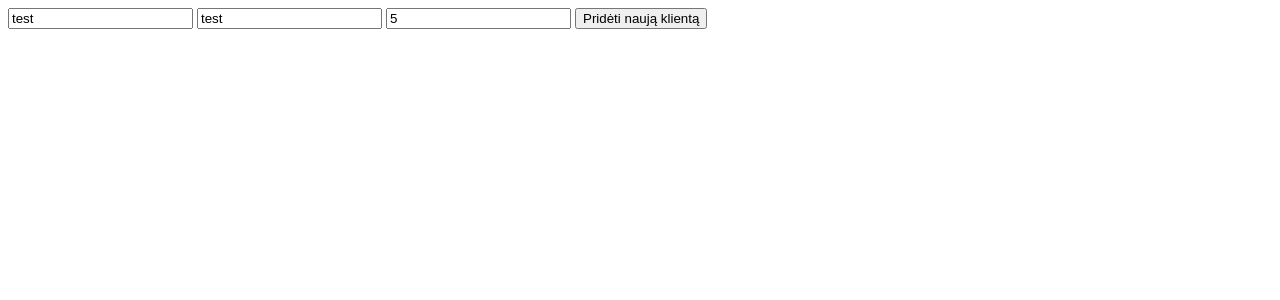
Repository: motiejus1/14-paskaita-PHP-05.31
Page: http://localhost/klientupildymoforma.php
The author's editor kept a copy of each file at every save. The page is drawn from the files as they stood at one save, then again after a run of saves.
The browser window is 1280 px wide. The pictures show the whole page.
The page is run by PHP 8.4 with error messages shown; the project is at /var/www/html/.

Above is the page before, as saved 2021-08-14 11:06:35.

### klientupildymoforma.php
<?php
require_once("connection.php");
?>
<!DOCTYPE html>
<html lang="en">
<head>
    <meta charset="UTF-8">
    <meta http-equiv="X-UA-Compatible" content="IE=edge">
    <meta name="viewport" content="width=device-width, initial-scale=1.0">
    <title>Kleintu pildymo forma</title>
</head>
<body>
    <form action="klientupildymoforma.php" method="get">
        <input type="text" value="test" name="vardas"/>
        <input type="text" value="test" name="pavarde"/>
        <input type="text" value="5" name="teises_id"/>
        <button type="submit" name="prideti">Pridėti naują klientą</button>
    </form>

    <?php


    ?>
</body>
</html>
<?php
// Sukurti forma, kuri pagal ivestus duomenis isaugo duomenu bazes lenteleje Klientai.


?>

### connection.php
<?php


//Prisijungimai prie duomenu bazes yra duodami
$duomenu_bazes_serveris = "localhost";
$duomenu_bazes_slapyvardis = "root";
$duomenu_bazes_slaptazodis = "";
$duomenu_bazes_pavadinimas = "klientuvaldymosistema";


$prisijungimas = mysqli_connect($duomenu_bazes_serveris,$duomenu_bazes_slapyvardis,$duomenu_bazes_slaptazodis,$duomenu_bazes_pavadinimas);

//false - kai prisijungimas yra nesekmingas, ir negrazino nieko-kai prisijungimas yra sekmingas

if($prisijungimas == false) {
    die("Nepavyko prisijungti prie duomenu bazes". mysqli_connect_error());
} else {
    // echo "Prisijungta sekmingai";
}

?>

After the next 3 saves:
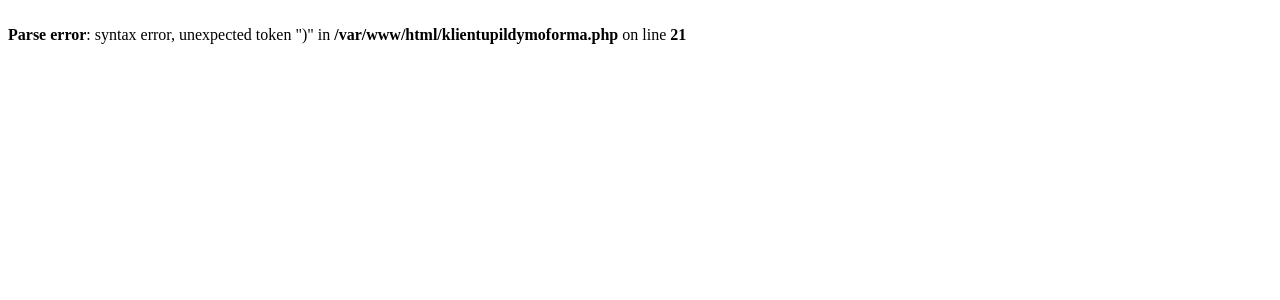
The 3 saves are shown as one change because they came seconds apart.
The last was saved 9 s later.
--- a/klientupildymoforma.php
+++ b/klientupildymoforma.php
@@ -18,7 +18,7 @@
     </form>
 
     <?php
-
+    if(isset())
 
     ?>
 </body>

After the 2 saves that followed:
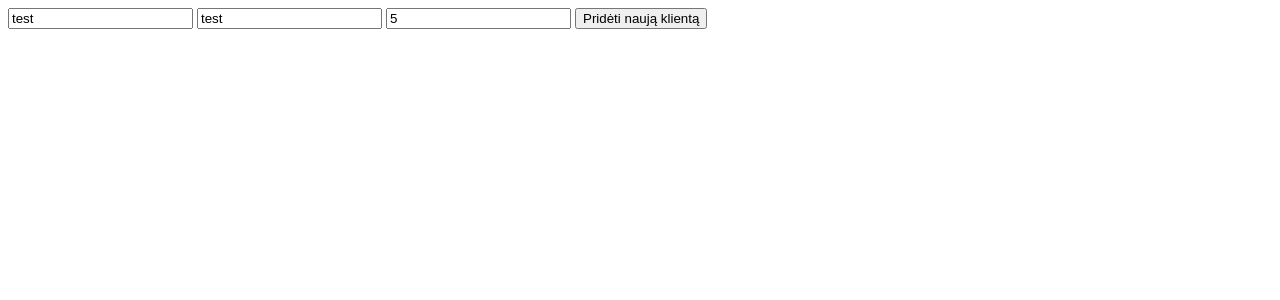
The 2 saves are shown as one change because they came seconds apart.
The last was saved 11 s later.
--- a/klientupildymoforma.php
+++ b/klientupildymoforma.php
@@ -18,7 +18,7 @@
     </form>
 
     <?php
-    if(isset())
+    if(isset($_GET["prideti"]))
 
     ?>
 </body>
